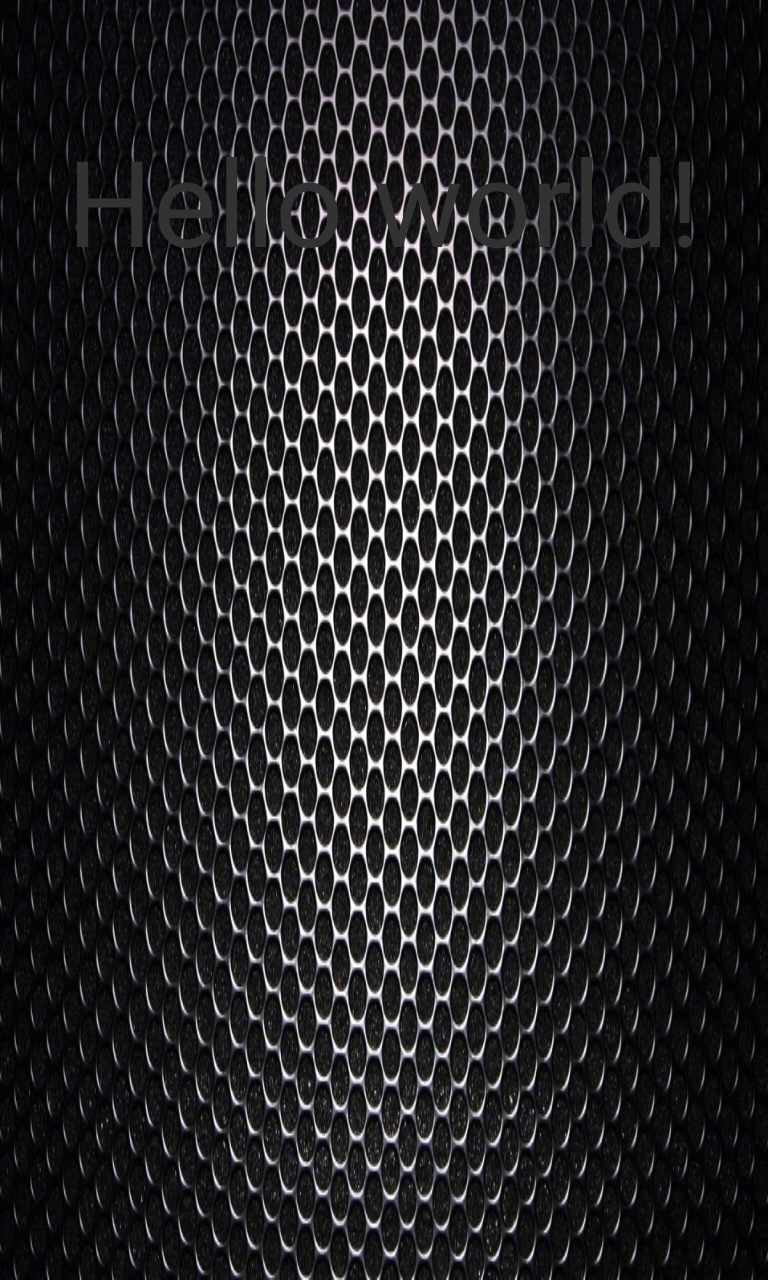
Repository: raquelvillon/BuscaminasLenguajes
Layout: buscaminas/res/layout/activity_main.xml
The author's editor kept a copy of each file at every save. The layout is drawn from the files as they stood at one save, then again after the next save.
It is drawn on a 768 x 1280 px phone screen (xhdpi) without system bars, with theme AppTheme; the app's code is not run.

Above is the layout before, as saved 2013-11-20 21:32:54.

After the next save:
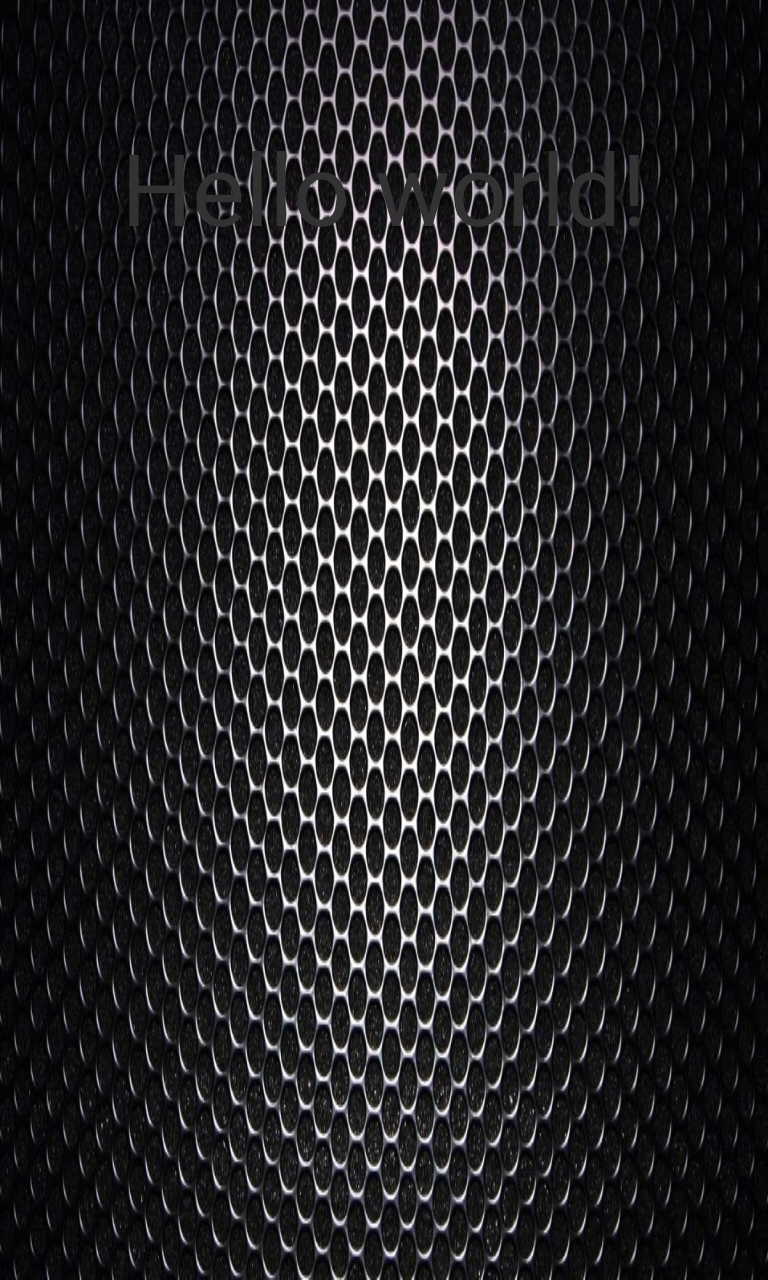
Saved 21 s later.
--- a/buscaminas/res/layout/activity_main.xml
+++ b/buscaminas/res/layout/activity_main.xml
@@ -16,6 +16,6 @@
         android:layout_centerHorizontal="true"
         android:layout_marginTop="44dp"
         android:text="@string/hello_world"
-        android:textSize="60" />
+        android:textSize="50" />
 
 </RelativeLayout>
